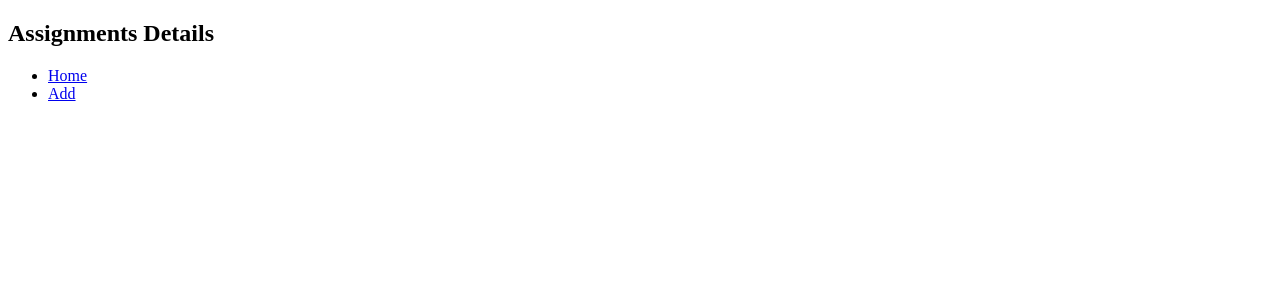
Repository: jmbburg26/ASD
Page: asdcouch/app/_attachments/assignment.html
An editor plug-in stored every save of this project. The page is shown before and after the next save, followed by the edit.
The browser window is 1280 px wide. The pictures show the whole page.

Above is the page before, as saved 2013-05-03 01:04:04.

### asdcouch/app/_attachments/assignment.html
<!DOCTYPE html>
<html>
	<head>
		<meta charset="utf-8" />
		<title>Saved Assignments</title>
	</head>
	<body>
		<!--Edit Item Page-->
		<div id="edit" data-role="page" data-add-back-btn="true">
			<section data-role="header" data-position="fixed">
				<header>
					<h1>Assignments Details</h1>
				</header>
			</section>
			<div data-role="content" class="ui-body">
				<ul id="subjectist" data-role="listview">
				</ul>
			</div>
			<div data-role="footer" data-position="fixed" data-id="home" data-theme="b">
				<div data-role="navbar">
					<ul>
						<li><a href="#home" data-icon="home">Home</a></li>
						<li><a href="#add" data-icon="plus">Add</a></li>
					</ul>
				</div>
			</div>
		</div>
	</body>
</html>

After the next save:
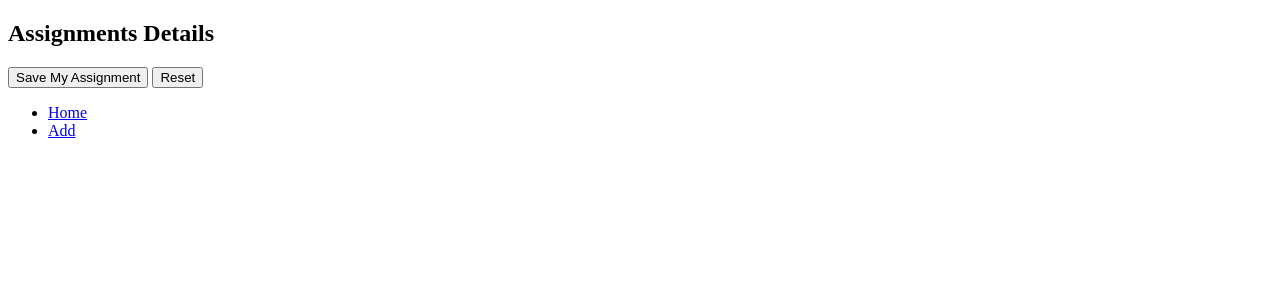
Saved 92 s later.
--- a/asdcouch/app/_attachments/assignment.html
+++ b/asdcouch/app/_attachments/assignment.html
@@ -15,6 +15,10 @@
 			<div data-role="content" class="ui-body">
 				<ul id="subjectist" data-role="listview">
 				</ul>
+				<div>
+					<input type="submit" value="Save My Assignment" data-inline="true" data-theme="b" />
+					<input type="reset" value="Reset" data-inline="true" data-mini="true" />
+				</div>
 			</div>
 			<div data-role="footer" data-position="fixed" data-id="home" data-theme="b">
 				<div data-role="navbar">
